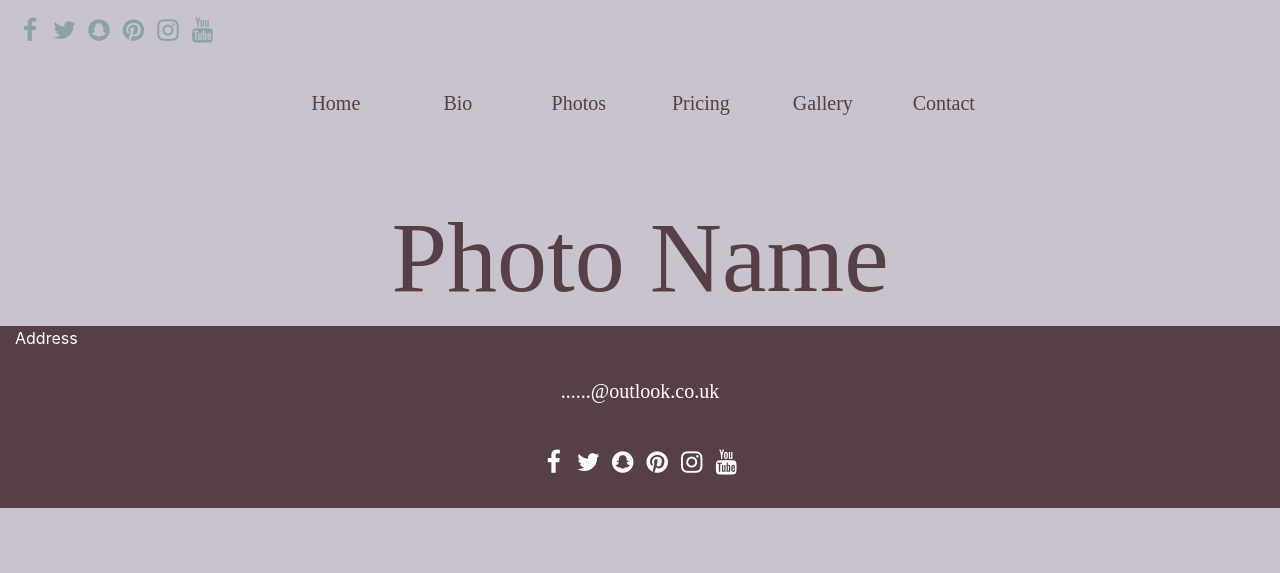
Repository: elizabeth24602/LoaderMedia
Page: photos.html
The author's editor kept a record of every edit. The page is drawn from the files as they stood at one moment, then again after the next edit.
The browser window is 1280 px wide. The pictures show the whole page.
Some web fonts or font styles are not loaded; a fallback is used.

Above is the page before.
Not found: Assests/images/

After the next edit:
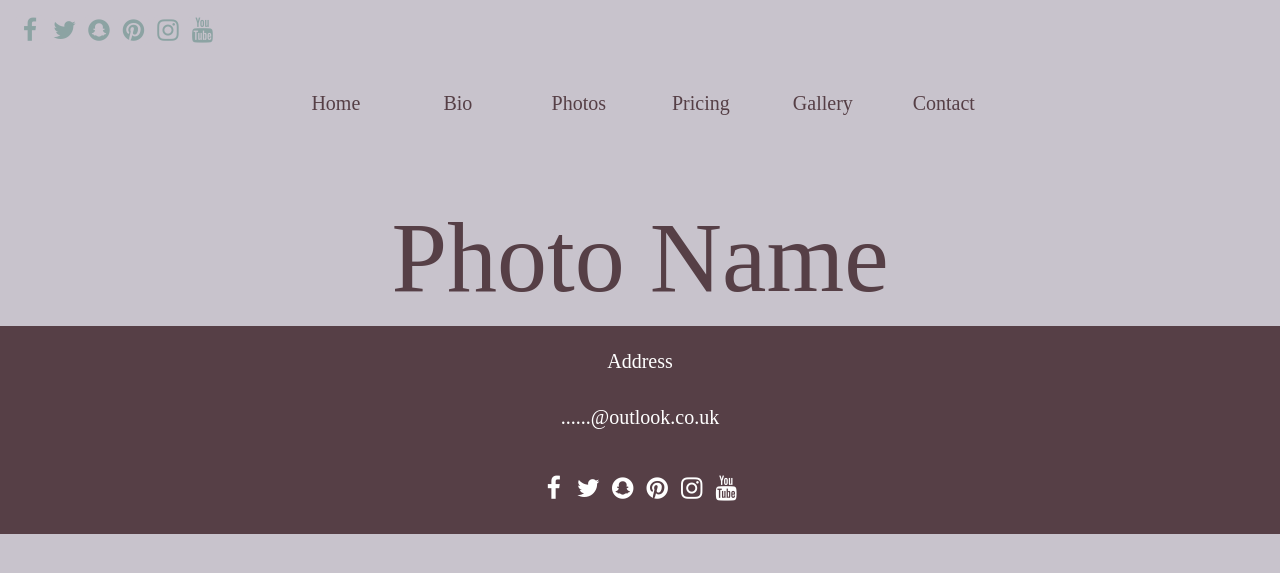
The edit:
--- a/Assests/css/style.css
+++ b/Assests/css/style.css
@@ -95,7 +95,7 @@
     margin: 0;
 }
 
-.adress {
+.address {
     color: #ffffff;
     text-align: center;
     font-family: "Beth+Ellen";
